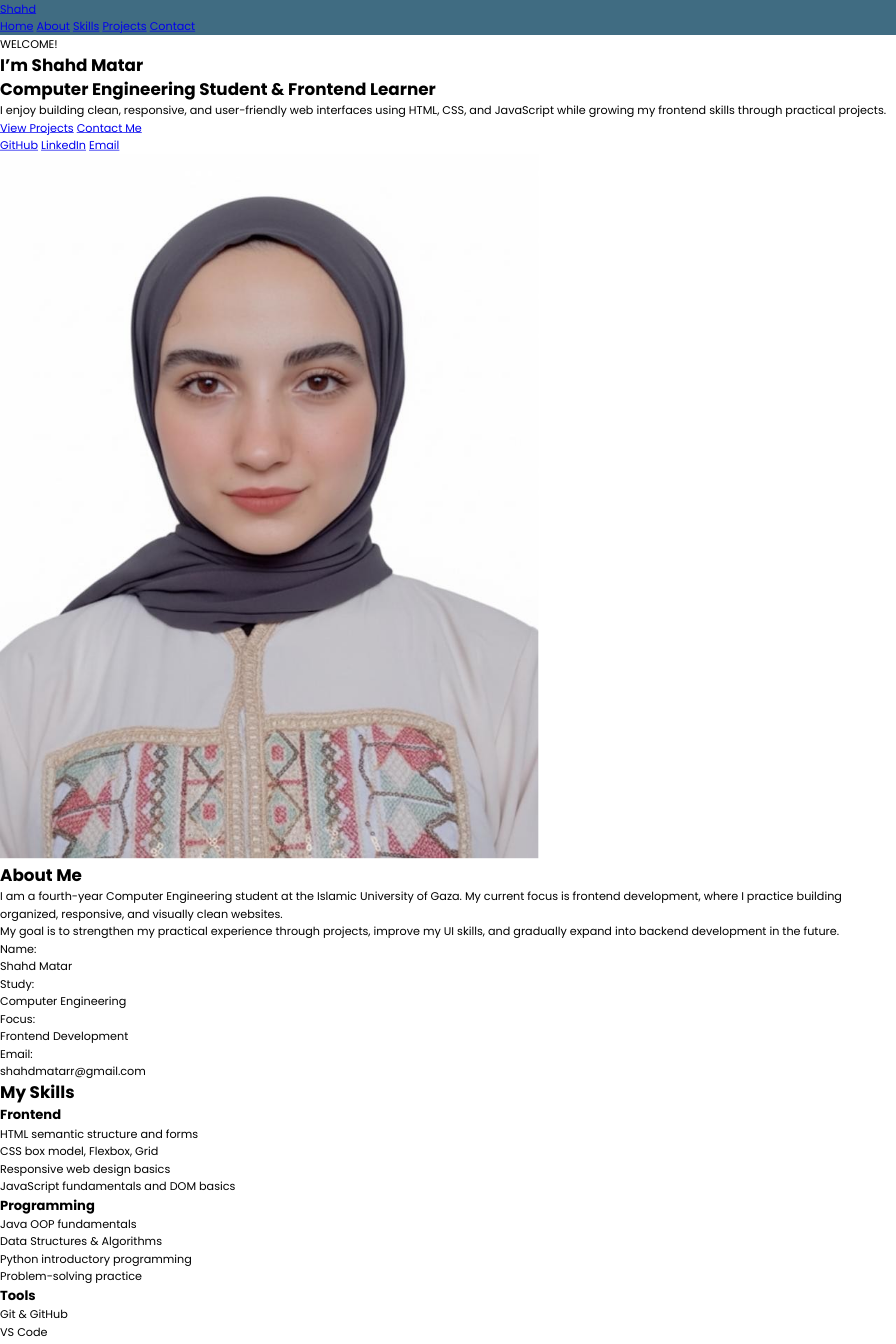
Repository: shahdmattar/personal-landing-page
Page: index.html
An editor plug-in stored every save of this project. The page is shown before and after a run of saves, followed by the edit.
The browser window is 1280 px wide. The pictures show the part of the page from y = 0 to 1920 px (the page is 3033 px tall before and 2983 px after), at 70% of full size.
A picture or video elsewhere on the page could not be fetched, so the positions and the page height are approximate.

Above is the page before, as saved 2026-04-14 22:28:51.

### index.html
<!doctype html>
<html lang="en">
  <head>
    <meta charset="UTF-8" />
    <meta name="viewport" content="width=device-width, initial-scale=1.0" />
    <title>Shahd Matar | Personal Landing Page</title>
    <meta
      name="description"
      content="Personal landing page of Shahd Matar, Computer Engineering student and frontend learner."
    />
    <link rel="stylesheet" href="https://cdnjs.cloudflare.com/ajax/libs/font-awesome/6.0.0/css/all.min.css">
    <link rel="stylesheet" href="style.css"/>
    <!-- <link rel="stylesheet" href="test.css"> -->
  </head>

  <body>
    <header>
        <a href="#" class="logo">Shahd</a>
        <nav class="navbar">
          <a href="#hero">Home</a>
          <a href="#about">About</a>
          <a href="#skills">Skills</a>
          <a href="#projects">Projects</a>
          <a href="#contact">Contact</a>
        </nav>
    </header>

    <main>
      <section id="hero" class="hero">
        <div class="container hero-container">
          <div class="hero-text">
            <p class="welcome-text">WELCOME!</p>
            <h1>I’m Shahd Matar</h1>
            <h2>Computer Engineering Student & Frontend Learner</h2>
            <p class="hero-description">
              I enjoy building clean, responsive, and user-friendly web
              interfaces using HTML, CSS, and JavaScript while growing my
              frontend skills through practical projects.
            </p>

            <div class="hero-buttons">
              <a href="#projects" class="btn btn-primary">View Projects</a>
              <a href="#contact" class="btn btn-outline">Contact Me</a>
            </div>

            <div class="social-links">
              <a
                href="https://github.com/shahdmattar"
                target="_blank"
                rel="noopener noreferrer"
                >GitHub</a
              >
              <a
                href="https://www.linkedin.com/in/shahd-matar-957608368"
                target="_blank"
                rel="noopener noreferrer"
                >LinkedIn</a
              >
              <a href="mailto:shahdmatarr@gmail.com">Email</a>
            </div>
          </div>

          <div class="hero-image">
            <img src="profile.jpeg" alt="Portrait of Shahd Matar" />
          </div>
        </div>
      </section>

      <section id="about" class="about section-padding">
        <div class="container">
          <h2 class="section-title">About <span>Me</span></h2>

          <div class="about-content">
            <div class="about-info">
              <p>
                I am a fourth-year Computer Engineering student at the Islamic
                University of Gaza. My current focus is frontend development,
                where I practice building organized, responsive, and visually
                clean websites.
              </p>
              <p>
                My goal is to strengthen my practical experience through
                projects, improve my UI skills, and gradually expand into
                backend development in the future.
              </p>
            </div>

            <div class="about-details">
              <div class="detail-item">
                <span>Name:</span>
                <p>Shahd Matar</p>
              </div>

              <div class="detail-item">
                <span>Study:</span>
                <p>Computer Engineering</p>
              </div>

              <div class="detail-item">
                <span>Focus:</span>
                <p>Frontend Development</p>
              </div>

              <div class="detail-item">
                <span>Email:</span>
                <p>shahdmatarr@gmail.com</p>
              </div>
            </div>
          </div>
        </div>
      </section>

      <section id="skills" class="skills section-padding">
        <div class="container">
          <h2 class="section-title">My <span>Skills</span></h2>

          <div class="skills-grid">
            <article class="skill-card">
              <h3>Frontend</h3>
              <ul>
                <li>HTML semantic structure and forms</li>
                <li>CSS box model, Flexbox, Grid</li>
                <li>Responsive web design basics</li>
                <li>JavaScript fundamentals and DOM basics</li>
              </ul>
            </article>

            <article class="skill-card">
              <h3>Programming</h3>
              <ul>
                <li>Java OOP fundamentals</li>
                <li>Data Structures &amp; Algorithms</li>
                <li>Python introductory programming</li>
                <li>Problem-solving practice</li>
              </ul>
            </article>

            <article class="skill-card">
              <h3>Tools</h3>
              <ul>
                <li>Git &amp; GitHub</li>
                <li>VS Code</li>
                <li>Chrome DevTools</li>
                <li>Basic project organization</li>
              </ul>
            </article>
          </div>
        </div>
      </section>

      <section id="projects" class="projects section-padding">
        <div class="container">
          <h2 class="section-title">My <span>Projects</span></h2>

          <div class="projects-grid">
            <article class="project-card">
              <img
                src="personalpage.png"
                alt="Preview of personal landing page project"
                class="project-image"
              />
              <div class="project-content">
                <h3>Personal Landing Page</h3>
                <p>
                  A modern personal portfolio page built with semantic HTML and
                  CSS, including hero, about, skills, projects, and contact
                  sections.
                </p>
                <div class="project-links">
                  <a
                    href="https://github.com/shahdmattar/personal-landing-page"
                    target="_blank"
                    rel="noopener noreferrer"
                    class="btn btn-small btn-primary"
                    >GitHub Repo</a
                  >
                  <a
                    href="https://shahdmattar.github.io/personal-landing-page/"
                    target="_blank"
                    rel="noopener noreferrer"
                    class="btn btn-small btn-outline"
                    >Live Demo</a
                  >
                </div>
              </div>
            </article>

            <article class="project-card">
              <img
                src="project2.jpg"
                alt="Preview of ecommerce UI project"
                class="project-image"
              />
              <div class="project-content">
                <h3>Responsive E-commerce UI</h3>
                <p>
                  A frontend e-commerce interface concept with product cards,
                  modern layout, clean styling, and responsive behavior for
                  mobile and desktop screens.
                </p>
                <div class="project-links">
                  <a href="#" class="btn btn-small btn-primary">GitHub Repo</a>
                  <a href="#" class="btn btn-small btn-outline">Live Demo</a>
                </div>
              </div>
            </article>
          </div>
        </div>
      </section>

      <section id="contact" class="contact section-padding">
        <div class="container">
          <h2 class="section-title">Contact <span>Me</span></h2>

          <form action="#" method="post" class="contact-form">
            <div class="input-row">
              <input
                type="text"
                name="name"
                placeholder="Your Name"
                required
                minlength="2"
                autocomplete="name"
              />
              <input
                type="email"
                name="email"
                placeholder="Your Email"
                required
                autocomplete="email"
              />
            </div>

            <textarea
              name="message"
              rows="7"
              placeholder="Write your message..."
              required
              minlength="10"
            ></textarea>

            <button type="submit" class="btn btn-primary">Send Message</button>
          </form>

          <p class="contact-note">
            You can also contact me directly at
            <a href="mailto:shahdmatarr@gmail.com">shahdmatarr@gmail.com</a>
          </p>
        </div>
      </section>
    </main>

    <footer class="site-footer">
      <div class="container">
        <p>&copy; 2026 Shahd Matar.</p>
      </div>
    </footer>
  </body>
</html>

### style.css
@import url('https://fonts.googleapis.com/css2?family=Dancing+Script:wght@400..700&family=Poppins:ital,wght@0,100;0,200;0,300;0,400;0,500;0,600;0,700;0,800;0,900;1,100;1,200;1,300;1,400;1,500;1,600;1,700;1,800;1,900&display=swap');

* {
  font-family:"Poppins", sans-serif;
  margin: 0;
  padding: 0;
  box-sizing: border-box;
  scroll-behavior:smooth;
}
header{
  background-color:rgba(17, 72, 99, 0.8);
  posi
}

After the next 3 saves:
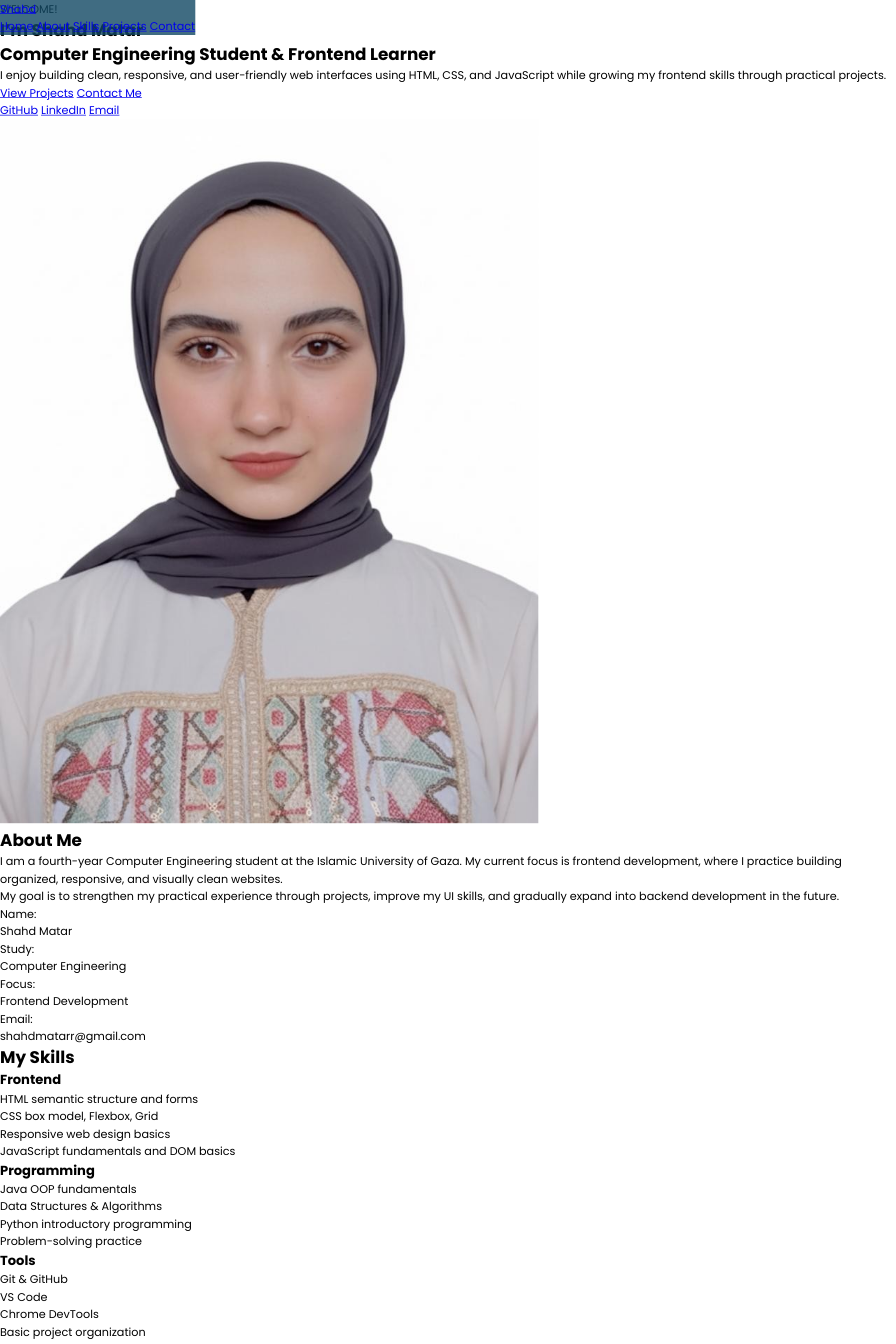
The 3 saves are shown as one change because they came seconds apart.
The last was saved 9 s later.
--- a/style.css
+++ b/style.css
@@ -9,5 +9,6 @@
 }
 header{
   background-color:rgba(17, 72, 99, 0.8);
-  posi
+  position:fixed;
+
 }
